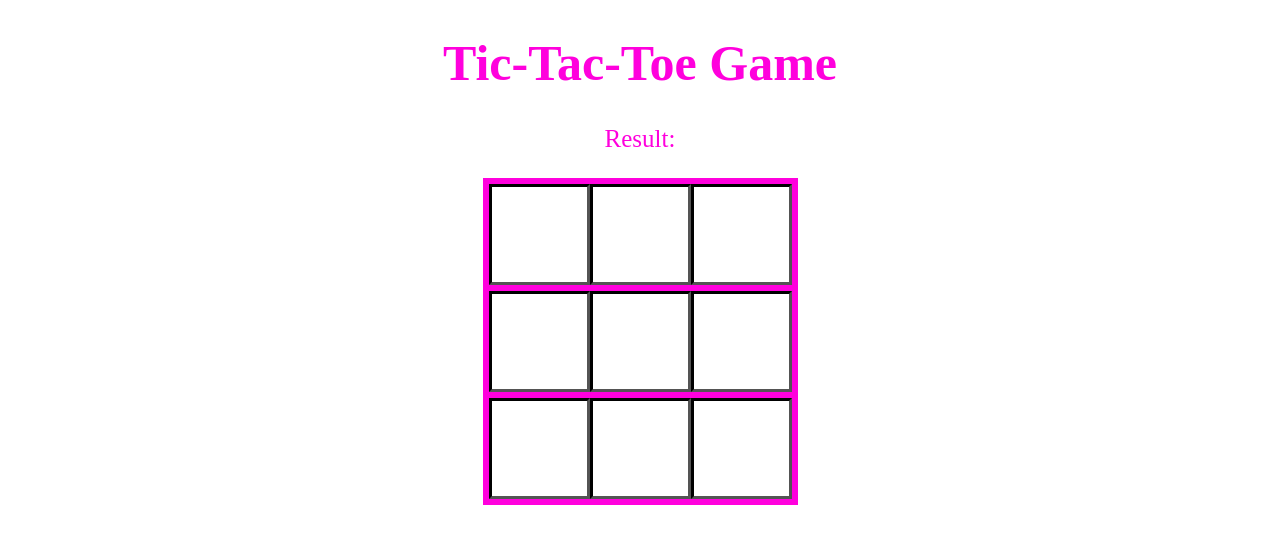
Repository: 0101chaitanya/Tic-Tac-Toe
Page: index.html
An editor plug-in stored every save of this project. The page is shown before and after a run of saves, followed by the edit.
The browser window is 1280 px wide. The pictures show the whole page.

Above is the page before, as saved 2021-06-09 18:06:05.

### index.html
<!DOCTYPE html>
<html>
    <head>
<meta charset="utf-8">
<title>Tic-Tac-Toe Game</title>
<link rel="stylesheet" href="styles.css">
    </head>
<body>
    <h1 id="heading">Tic-Tac-Toe Game</h1>

    <div id = "Output">
        <p  >Result:</p>
    </div>
    <div id = "gameSquare">

    <div id = "row1">
    <div class = "r1Column"></div>
    <div class = "rlColumn"></div>
    <div class = "rlColumn"></div>
</div>
<div id = "row2">
    <div class = "r2Column"></div>
    <div class = "r2Column"></div>
    <div class = "r2Column"></div>
</div>
<div id = "row3">
    <div class = "r3Column"></div>
    <div class = "r3Column"></div>
    <div class = "r3Column"></div>
</div>
</div>
</body>
<script type="text/javascript" src="script.js"></script>
</html>

### styles.css
:root{
    text-align: center;
}
@media  screen and (max-width: 400px){
    :root{
        color:blue;
        font-size: 14px;
}

}
@media  screen and (min-width: 401px) and (max-width: 700px){
    :root{
        color:rgb(30, 255, 0);
        font-size: 18px;
}


}@media  screen and (min-width: 701px) {
    :root{
        color:rgb(255, 0, 221);
        font-size:25px;
}

}

#gameSquare{
    border-style: solid;
    width:min-content;
    height:min-content;
    display:block;
    margin:auto;
}
#gameSquare>div:nth-child(n){
    border-style: solid;
    width:min-content;
    height:min-content;
    display:flex;
    justify-content:center;
    align-items:center;
}
#gameSquare>div:nth-child(n)>div:nth-child(n){
    display:block;
    margin: auto;
    border-style: solid;
    width:3.8rem;
    height:3.8rem;
border-style:inset;
border-color:black
}

### script.js
/* (function(){
let
})(); */

After the next 3 saves:
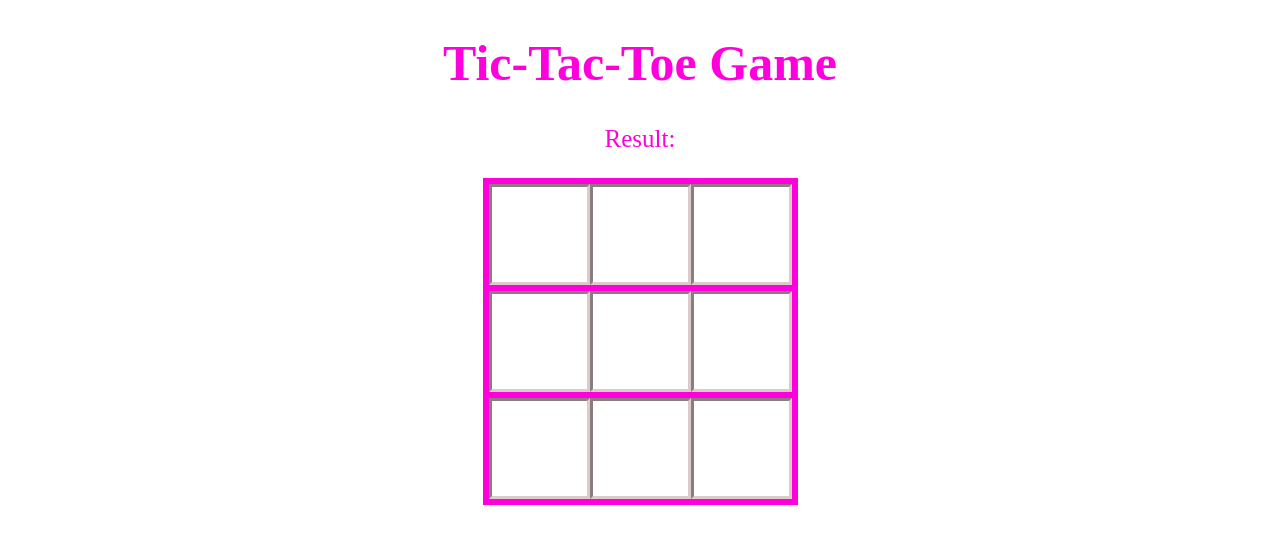
The 3 saves are shown as one change because they came seconds apart.
The last was saved 16 s later.
--- a/styles.css
+++ b/styles.css
@@ -45,5 +45,5 @@
     width:3.8rem;
     height:3.8rem;
 border-style:inset;
-border-color:black
+border-color:rgb(221, 202, 202)
 }
